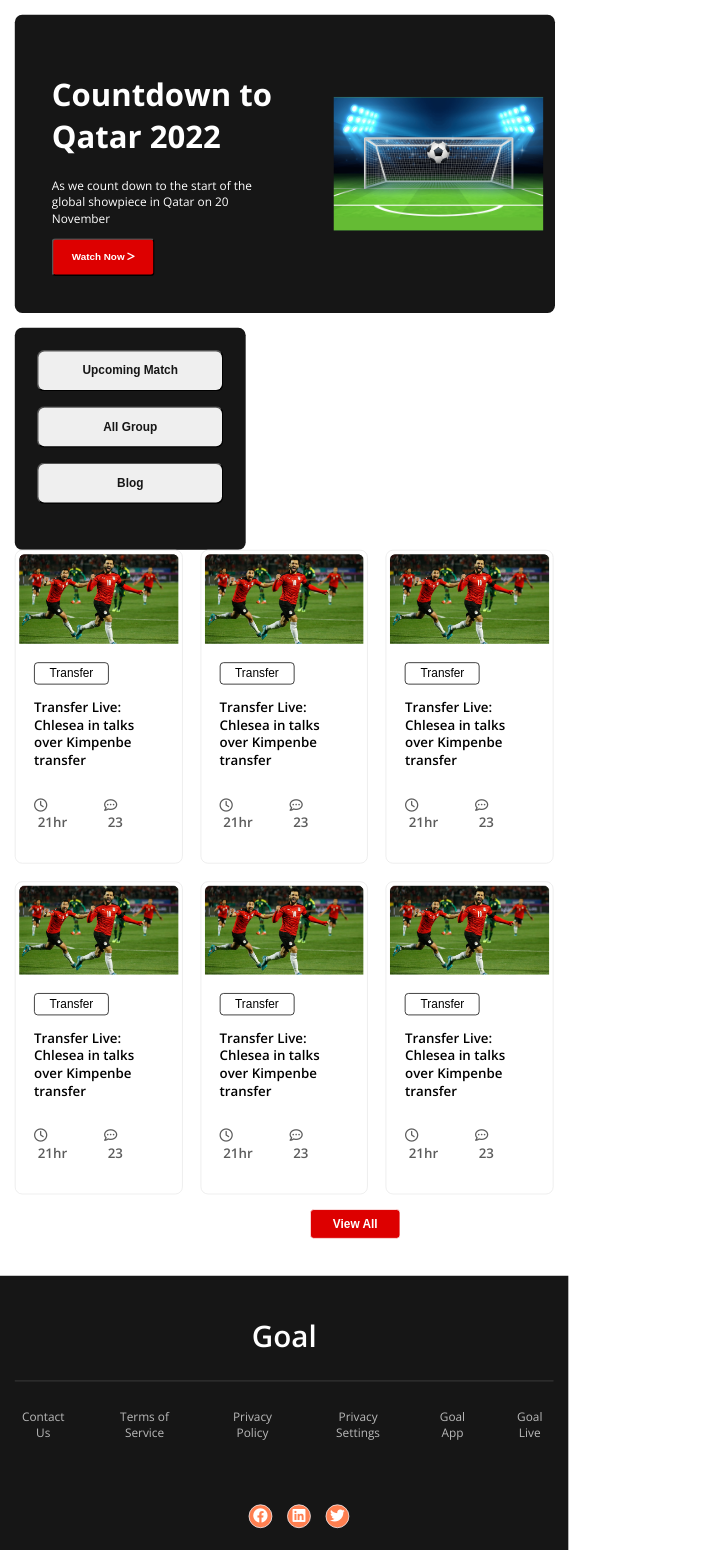
Repository: zjria/Qatar-world-cup
Page: index.html
These files come from the project's save history. The page is drawn as it stood at one moment and after the next save; the edit follows.
The browser window is 768 px wide. The page is 960 px wide, so the pictures cover 960 px, including what lies to the right of the window. The pictures show the whole page, at 74% of full size.

Above is the page before, as saved 2022-09-11 19:22:42.

After the next save:
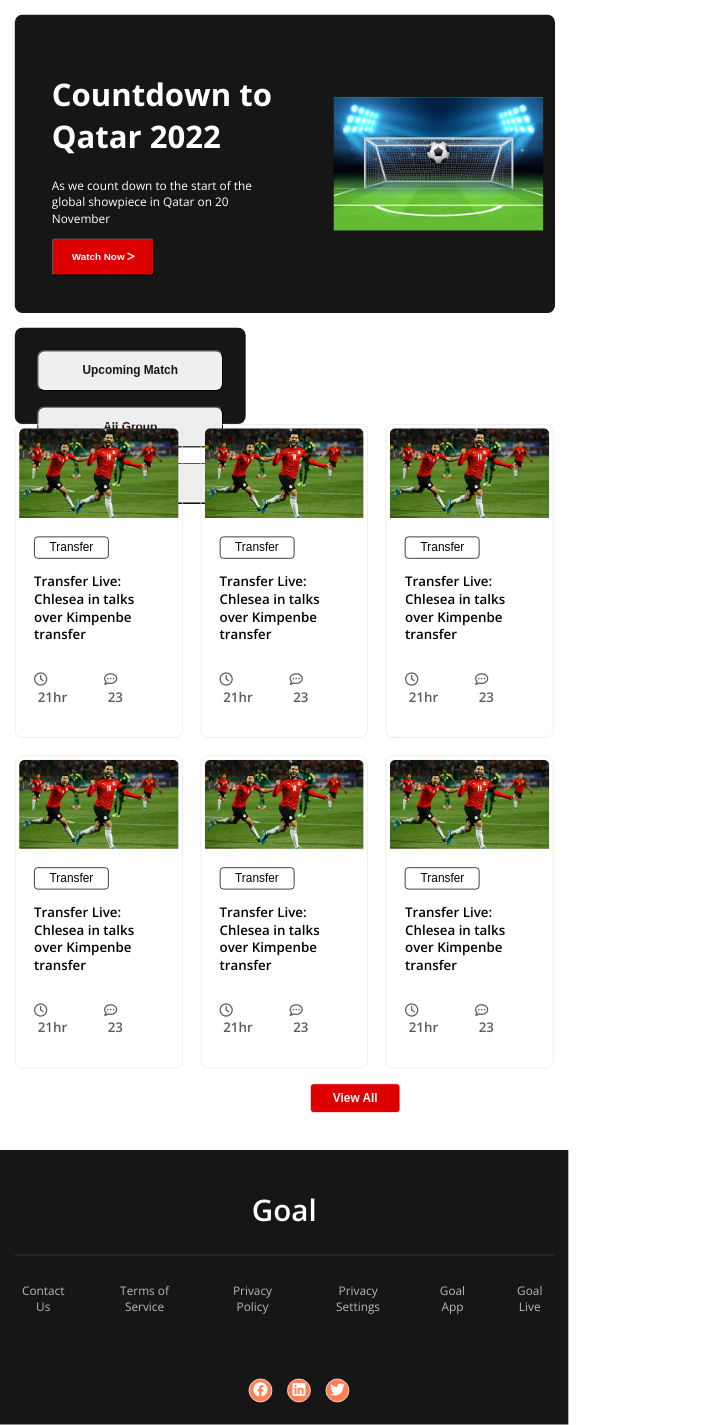
Saved 2 min 44 s later.
--- a/style.css
+++ b/style.css
@@ -402,4 +402,12 @@
         margin-right: -25%;
 
     }
-}
+
+    .nav-section {
+        background: #161616;
+        border-radius: 10px;
+        margin-right: 24px;
+        height: 130px;
+        /* width: 312px; */
+    }
+}
